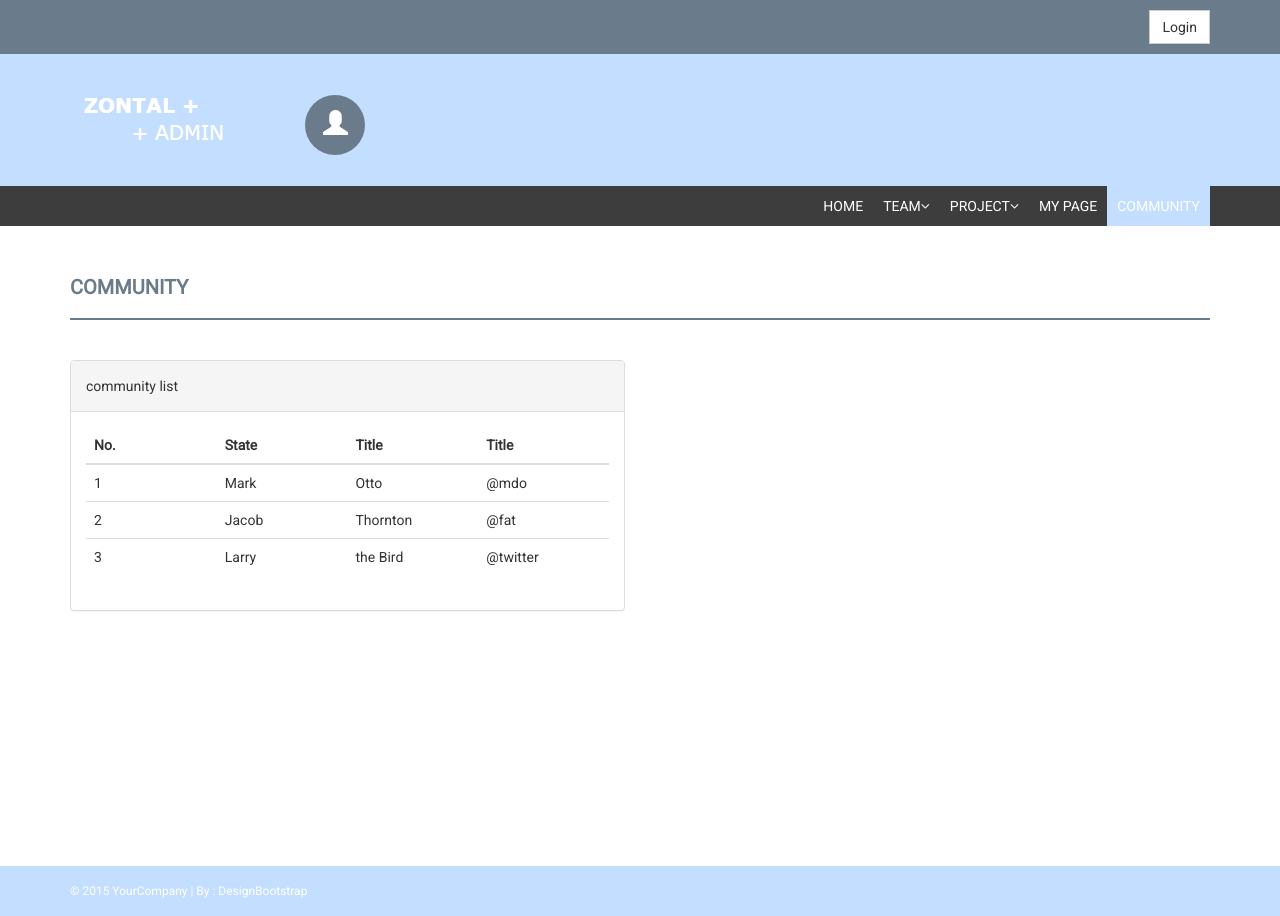
Repository: hwju91/skuniv
Page: http://localhost/0903.2/WEB-INF/jsp/community/communityselect.jsp
An editor plug-in stored every save of this project. The page is shown before and after the next save, followed by the edit.
The browser window is 1280 px wide. The pictures show the whole page.
The page is served by Tomcat 9. Nobody is signed in. Other server files are loaded and not shown. The template is opened directly, without the code that normally fills it, so the values that code supplies are empty.

Above is the page before, as saved 2016-09-08 12:04:28.

### 0903.2/WebContent/WEB-INF/jsp/community/communityselect.jsp
<%@ page language="java" contentType="text/html; charset=UTF-8"
	pageEncoding="UTF-8"%>
<jsp:include page="../header_community.jsp" />
<jsp:include page="../nav.jsp" />
<jsp:include page="../menu_community.jsp" />

<div class="row">
	<div class="col-md-12">
		<h4 class="page-head-line">community</h4>
	</div>
</div>

<div class="row">
<div class="col-md-6">
                     <!--   Basic Table  -->
 	<div class="panel panel-default">
                        <div class="panel-heading">
                            community list
                        </div>
                        <div class="panel-body">
                            <div class="table-responsive">
                                <table class="table">
                                    <thead>
                                        <tr>
                                            <th>No.</th>
                                            <th>State</th>
                                            <th>Title</th>
                                            <th>Title</th>
                                        </tr>
                                    </thead>
                                    <tbody>
                                        <tr>
                                            <td>1</td>
                                            <td>Mark</td>
                                            <td>Otto</td>
                                            <td>@mdo</td>
                                        </tr>
                                        <tr>
                                            <td>2</td>
                                            <td>Jacob</td>
                                            <td>Thornton</td>
                                            <td>@fat</td>
                                        </tr>
                                        <tr>
                                            <td>3</td>
                                            <td>Larry</td>
                                            <td>the Bird</td>
                                            <td>@twitter</td>
                                        </tr>
                                    </tbody>
                                </table>
                            </div>
                        </div>
                    </div>
                      <!-- End  Basic Table  -->
                </div>
</div>


<jsp:include page="../footer.jsp" />

### 0903.2/WebContent/WEB-INF/jsp/header_community.jsp
<%@ page language="java" contentType="text/html; charset=UTF-8"
    pageEncoding="UTF-8"%>
<!DOCTYPE html PUBLIC "-//W3C//DTD HTML 4.01 Transitional//EN" "http://www.w3.org/TR/html4/loose.dtd">
<html>
<head>
    <title>Winder</title>

    <link href="css/bootstrap.css" rel="stylesheet" />
    <link href="css/font-awesome.css" rel="stylesheet" />
    <link href="css/style.css" rel="stylesheet" />
    <!-- <link rel="stylesheet" href="https://cdnjs.cloudflare.com/ajax/libs/ionicons/2.0.1/css/ionicons.min.css"> -->

</head>
</head>

### 0903.2/WebContent/WEB-INF/jsp/nav.jsp
<%@ page language="java" contentType="text/html; charset=UTF-8"
    pageEncoding="UTF-8"%>
<body>
    <header>
        <div class="container">
            <div class="row">
                <div class="col-md-12">
                    <!-- <strong>Email: </strong>info@yourdomain.com
                    &nbsp;&nbsp;
                    <strong>Support: </strong>+90-897-678-44 -->
                    <%
                    if("loginok".equals((String)session.getAttribute("loginchk"))){
                    	%>
                    	<a class="btn btn-default" href="logout">Logout</a>
                    <%}
                    else{
                    %>
                    	<a class="btn btn-default" href="login">Login</a>
                    <% }%>

                </div>

            </div>
        </div>
    </header>
    <!-- HEADER END-->
    <div class="navbar navbar-inverse set-radius-zero">
        <div class="container">
            <div class="navbar-header">
                <button type="button" class="navbar-toggle" data-toggle="collapse" data-target=".navbar-collapse">
                    <span class="icon-bar"></span>
                    <span class="icon-bar"></span>
                    <span class="icon-bar"></span>
                </button>
                <a class="navbar-brand" href="index.html">
                    <img src="img/logo.png" />
                </a>

            </div>

            <div class="left-div">
                <div class="user-settings-wrapper">
                    <ul class="nav">

                        <li class="dropdown">
                            <a class="dropdown-toggle" data-toggle="dropdown" href="#" aria-expanded="false">
                                <span class="glyphicon glyphicon-user" style="font-size: 25px;"></span>
                            </a>
                            <div class="dropdown-menu dropdown-settings" style="color: #fff">
                                <div class="media">
                                    <a class="media-left" href="#">
                                        <img src="img/64-64.jpg" alt="" class="img-rounded" />
                                    </a>
                                    <div class="media-body">
                                        <h4 class="media-heading">Jhon Deo Alex </h4>
                                        <h5>Developer & Designer</h5>

                                    </div>
                                </div>
                                <hr />
                                <h5><strong>Personal Bio : </strong></h5>
                                Anim pariatur cliche reprehen derit.
                                <hr />
                                <a href="#" class="btn btn-info btn-sm">Full Profile</a>&nbsp; <a href="login.html" class="btn btn-danger btn-sm">Logout</a>

                            </div>
                        </li>


                    </ul>
                </div>
            </div>
        </div>
    </div>
    <!-- LOGO HEADER END-->

### 0903.2/WebContent/WEB-INF/jsp/menu_community.jsp
<%@ page language="java" contentType="text/html; charset=UTF-8"
    pageEncoding="UTF-8"%>
<%@taglib prefix="c"  uri="http://java.sun.com/jsp/jstl/core" %>
<section class="menu-section">
        <div class="container">
            <div class="row">
                <div class="col-md-12">
                    <div class="navbar-collapse collapse ">
                        <ul id="menu-top" class="nav navbar-nav navbar-right">
                            <li><a class="menu-top" href="home">Home</a></li>
                            <li class="dropdown">
                                <a href="#" class="dropdown-toggle" data-toggle="dropdown">Team<i class="fa fa-angle-down"></i></a>
                                <ul class="dropdown-menu">
                                	<li><a href="teamList">팀 List</a></li>
                                    <li><a href="teamCreateform">팀 생성</a></li>
                                    <c:forEach items="${teammenu }" var="tmenu">
                                    <li><a href="projectlist?tno=${tmenu.tno }">${tmenu.name }</a></li>
                                    </c:forEach>
                                </ul>
                            </li>
                            <li class="dropdown">
                                <a href="#" class="dropdown-toggle" data-toggle="dropdown">Project<i class="fa fa-angle-down"></i></a>
                                <ul class="dropdown-menu">
                                    <li><a href="projectform">프로젝트 생성</a></li>
                                    <c:forEach items="${projectmenu }" var="pmenu">
                                    <li><a href="projectmain?pno=${pmenu.pno }">${pmenu.name }</a></li>
                                    </c:forEach>
                                </ul>
                            </li>
                             <li><a href="mypage">My Page</a></li>
							 <li><a class="menu-top-active" href="communitylist">community</a></li>
                        </ul>
                    </div>
                </div>

            </div>
        </div>
    </section>
    <!-- MENU SECTION END-->
    <div class="content-wrapper">
        <div class="container">

### 0903.2/WebContent/WEB-INF/jsp/footer.jsp
<%@ page language="java" contentType="text/html; charset=UTF-8"
    pageEncoding="UTF-8"%>
 </div>
    </div>
    <!-- CONTENT-WRAPPER SECTION END-->
    <footer>
        <div class="container">
            <div class="row">
                <div class="col-md-12">
                    &copy; 2015 YourCompany | By : <a href="http://www.designbootstrap.com/" target="_blank">DesignBootstrap</a>
                </div>

            </div>
        </div>
    </footer>
    <!-- script -->
<script src="js/jquery-2.2.3.min.js"></script>
<script src="js/bootstrap.js"></script>
</body>
</html>

### 0903.2/WebContent/css/style.css

/*=============================================================
    Authour URL: www.designbootstrap.com

    http://www.designbootstrap.com/

    License: MIT

    http://opensource.org/licenses/MIT

    100% Free To use For Personal And Commercial Use.

    IN EXCHANGE JUST TELL PEOPLE ABOUT THIS WEBSITE

========================================================  */


/* =============================================================
   GENERAL STYLES
 ============================================================ */

@import url(http://fonts.googleapis.com/css?family=Roboto); /* FREE GOOGLE FONT */

body {
    font-family: 'Roboto', sans-serif;
    line-height: 30px;
}

.set-radius-zero {
    border-radius: 0px;
    -moz-border-radius: 0px;
    -webkit-border-radius: 0px;
}

.content-wrapper {
    margin-top: 40px;
    min-height: 600px;
    padding-bottom: 60px;
}

.page-head-line {
    font-weight: 900;
    padding-bottom: 20px;
    border-bottom: 2px solid #6A7B8B;
    text-transform: uppercase;
    color: #6A7B8B;
    font-size: 20px;
    margin-bottom: 40px;
}

.btn {
    border-radius: 0px;
    -webkit-border-radius: 0px;
    -moz-border-radius: 0px;
}

.progress {
    height: 8px;
    border-radius: 0px;
    -webkit-border-radius: 0px;
    -moz-border-radius: 0px;
}
.login-icon {
    height: 60px;
width: 60px;
padding: 13px;
border-radius: 50%;
font-size: 30px;
margin-bottom: 20px;
color: #fff;
text-align: center;
cursor:pointer;
background-color:#6A7B8B;
-webkit-border-radius:50%;
    -moz-border-radius:50%;
}
/* =============================================================
   HEADER SECTION STYLES
 ============================================================ */
header {
    background-color: #6A7B8B;
    color: #fff;
    padding: 10px;
    text-align: right;
}


/* =============================================================
   LOGO SECTION STYLES
 ============================================================ */
.left-div {
    padding-left: 30px;
    margin-top: 40px;
    margin-bottom: 30px;
}

.navbar-brand {
    width: 250px;
    padding-top: 30px;
}

/* USER SETTINGS DIV */
.user-settings-wrapper .nav > li > a {
    position: relative;
    display: block;
    padding: 15px 18px;
    border-radius: 50%;
    -webkit-border-radius: 50%;
    -moz-border-radius: 50%;
    height: 60px;
    width: 60px;
    background-color: #6A7B8B;
    color: #fff;
}

.user-settings-wrapper {
    margin-top: 10px;
}

    .user-settings-wrapper li {
        display: inline-block;
    }

    .user-settings-wrapper .dropdown-settings {
        width: 200px;
        padding: 10px;
    }

    .user-settings-wrapper .nav > li > a:hover,.user-settings-wrapper .nav > li > a:focus {
        text-decoration: none;
        background-color: #C4DEFF!important;
    }

    .user-settings-wrapper img {
        height: 64px;
        width: 64px;
        border: 1px solid #000000;
    }

    .user-settings-wrapper .dropdown-menu {
        margin: 0px;
        border-radius: 0px!important;
        -moz-border-radius: 0px!important;
        -webkit-border-radius: 0px!important;
    }

    .user-settings-wrapper .btn {
        border-radius: 0px!important;
        -moz-border-radius: 0px!important;
        -webkit-border-radius: 0px!important;
    }

    .user-settings-wrapper .media-heading {
        padding-top: 10px;
    }

/* MENU LINKS SECTION*/

.menu-section {
    background-color: #3D3D3D;
}

#menu-top a {
    color: #FFF;
    text-decoration: none;
    font-weight: 500;
    padding: 10px 10px 10px 10px;
    text-transform: uppercase;
}

.menu-top-active {
    background-color: #C4DEFF;
}

.menu-section .nav > li > a:hover,.menu-section .nav > li > a:focus {
    background-color: #6A7B8B!important;
}

.menu-section .dropdown-menu > li > a:hover,.menu-section .dropdown-menu > li > a:focus {
    background-color: #6A7B8B!important;
}

.navbar-inverse {
    background-color: #C4DEFF;
    border-color: transparent;
}

.navbar-toggle {
    background-color: #6A7B8B;
    border: 1px solid #fff;
}

.navbar {
    margin-bottom: 0px;
}
/* =============================================================
   FOOTER SECTION STYLES
 ============================================================ */
footer {
    padding: 10px;
    color: #fff;
    font-size: 12px;
    background-color: #C4DEFF;
}

    footer a, footer a:hover {
        color: #fff;
        text-decoration: none;
    }

/*==============================================
    DASHBOARD  STYLES
 =============================================*/

/* DASHBOARD ICONS */

.bk-clr-one {
    background-color: #B9B739;
}

.bk-clr-two {
    background-color: #F94C4C;
}

.bk-clr-three {
    background-color: #119c7e;
}

.bk-clr-four {
    background-color: #b739b9;
}

.dashboard-div-icon {
    height: 75px;
    width: 75px;
    border: 2px solid #fff;
    padding: 20px;
    border-radius: 50%;
    -webkit-border-radius:50%;
    -moz-border-radius:50%;
    font-size: 30px;
    margin-bottom: 20px;
    color: #fff;
}

.dashboard-div-wrapper {
    border-radius: 5px;
    text-align: center;
    padding: 15px;
    color: #fff;
    margin-bottom: 50px;
}

    .dashboard-div-wrapper .progress {
        height: 2px;
    }

/* NOTICE BOARD */


.notice-board .panel {
    border-radius: 0px;
    -webkit-border-radius: 0px;
    -moz-border-radius: 0px;
}

.notice-board ul {
    padding-left: 0px;
    list-style: none;
}

.notice-board li {
    padding: 10px;
    border-bottom: 1px solid #E5E5E5;
}

    .notice-board li span {
        margin-right: 10px;
        border: 1px solid #DBDBDB;
        padding: 5px;
    }

    .notice-board li a, li a:hover {
        text-decoration: none;
        color: #000;
    }

/* SOCIAL BUTTONS */
.btn-social {
    color: white;
    opacity: 0.8;
}

    .btn-social:hover {
        color: white;
        opacity: 1;
        text-decoration: none;
    }

.btn-facebook {
    background-color: #3b5998;
}

.btn-twitter {
    background-color: #00aced;
}

.btn-linkedin {
    background-color: #0e76a8;
}

.btn-google {
    background-color: #c32f10;
}

Loaded but not shown: 0903.2/WebContent/css/bootstrap.css (library); 0903.2/WebContent/css/font-awesome.css (library); 0903.2/WebContent/js/jquery-2.2.3.min.js (library); 0903.2/WebContent/js/bootstrap.js (library)

After the next save:
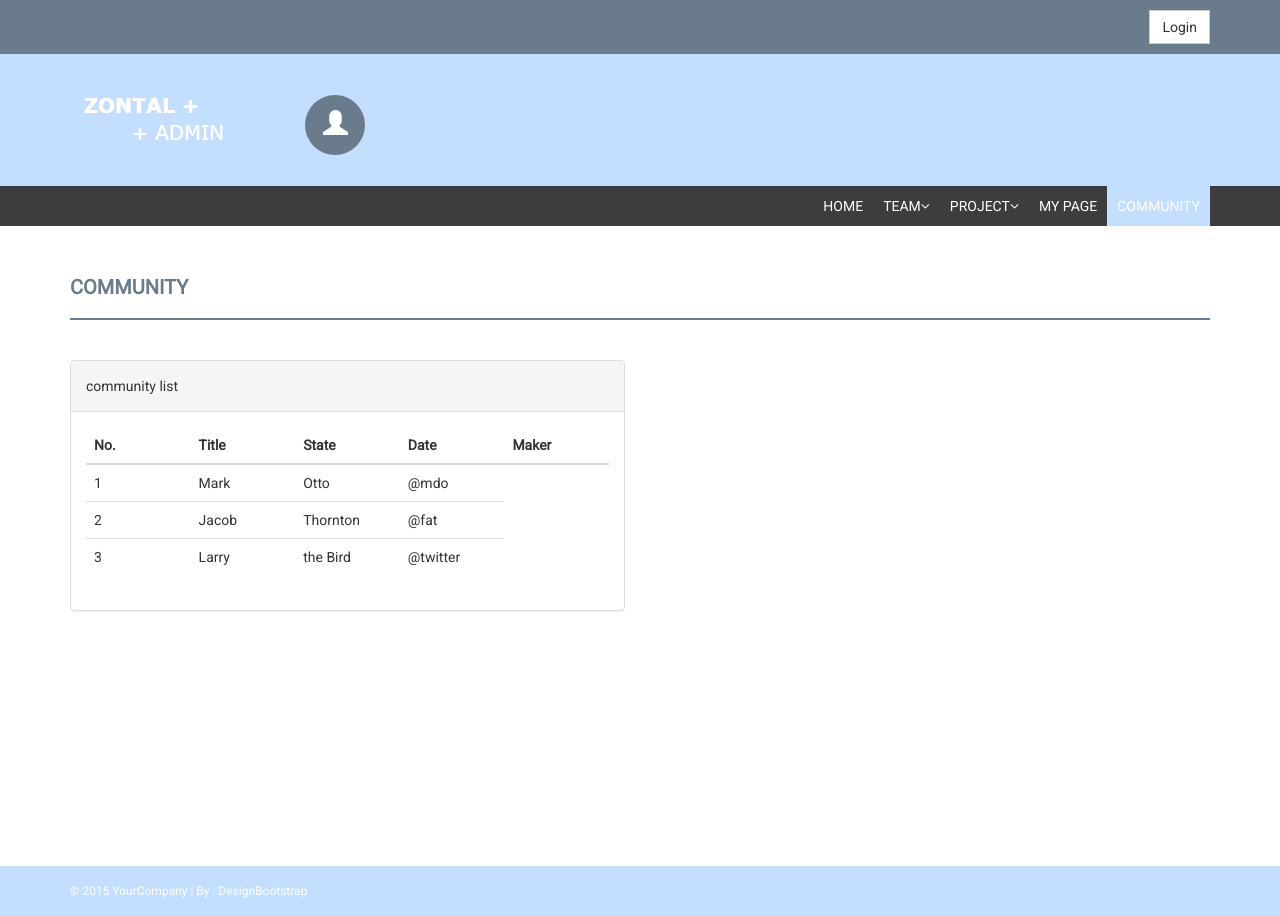
Saved 99 s later.
--- a/0903.2/WebContent/WEB-INF/jsp/community/communityselect.jsp
+++ b/0903.2/WebContent/WEB-INF/jsp/community/communityselect.jsp
@@ -23,9 +23,11 @@
                                     <thead>
                                         <tr>
                                             <th>No.</th>
+                                            <th>Title</th>
                                             <th>State</th>
-                                            <th>Title</th>
-                                            <th>Title</th>
+                                            <th>Date</th>
+                                            <th>Maker</th>
+
                                         </tr>
                                     </thead>
                                     <tbody>
